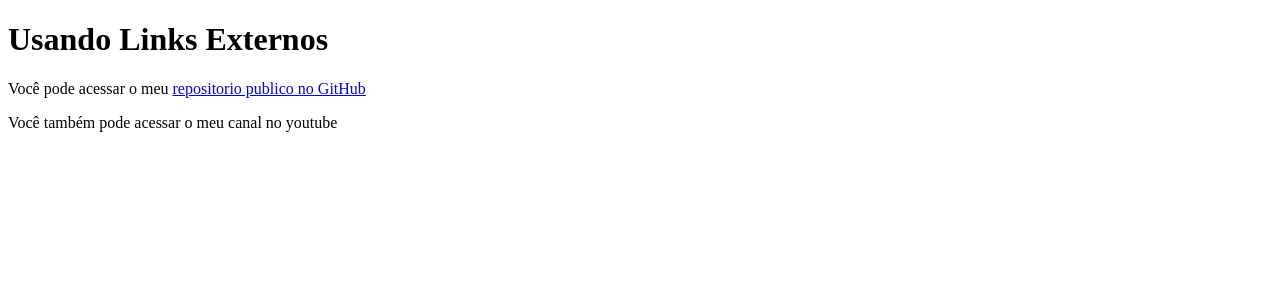
Repository: Guillermomarcon/exercicios
Page: ex0010/index.html
An editor plug-in stored every save of this project. The page is shown before and after a run of saves, followed by the edit.
The browser window is 1280 px wide. The pictures show the whole page.

Above is the page before, as saved 2020-12-14 00:00:43.

After the next 4 saves:
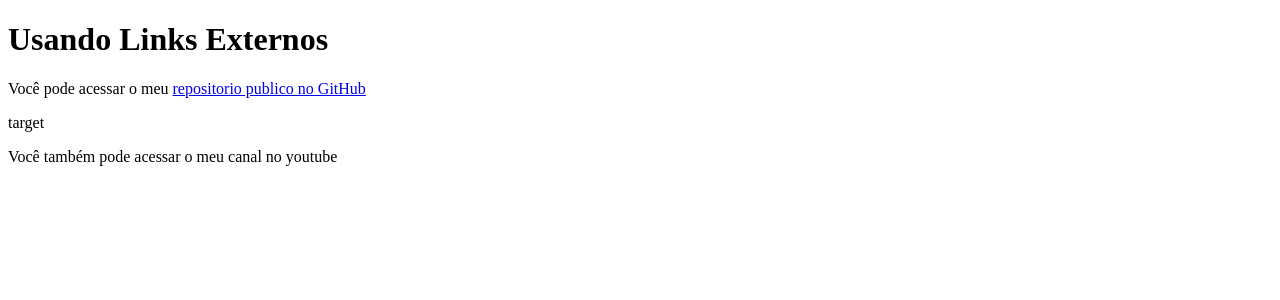
The 4 saves are shown as one change because they came seconds apart.
The last was saved 21 s later.
--- a/ex0010/index.html
+++ b/ex0010/index.html
@@ -8,7 +8,7 @@
 <body>
     <h1>Usando Links Externos</h1>
     <p>Você pode acessar o meu <a href="https://gustavoguanabara.github.io/" target="_blank" rel="external">repositorio publico no GitHub</a></p>
-    <p>Você também pode acessar o meu <a href="https://www.youtube.com/cursoemvideo" ></a>canal no youtube</p>
+target    <p>Você também pode acessar o meu <a href="https://www.youtube.com/cursoemvideo" ></a>canal no youtube</p>
 
 </body>
 </html>
